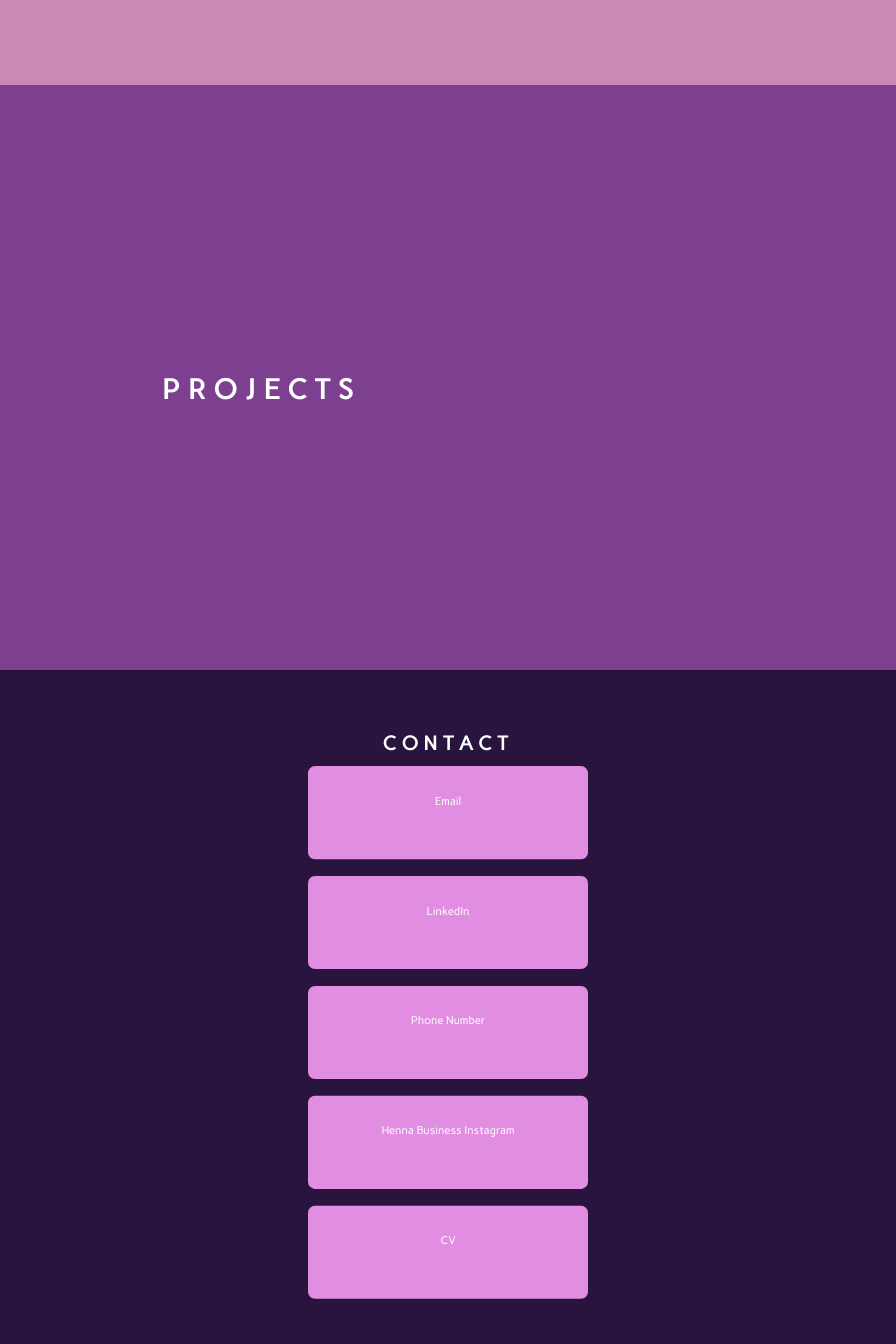
Repository: Rameen-A/Rameen-A
Page: index.html
The author's editor kept a copy of each file at every save. The page is drawn from the files as they stood at one save, then again after the next save.
The browser window is 1280 px wide. The pictures show the part of the page from y = 1358 to 3278 px (the page is 3278 px tall before and 3198 px after), at 70% of full size.

Above is the page before, as saved 2026-05-05 15:00:02.

After the next save:
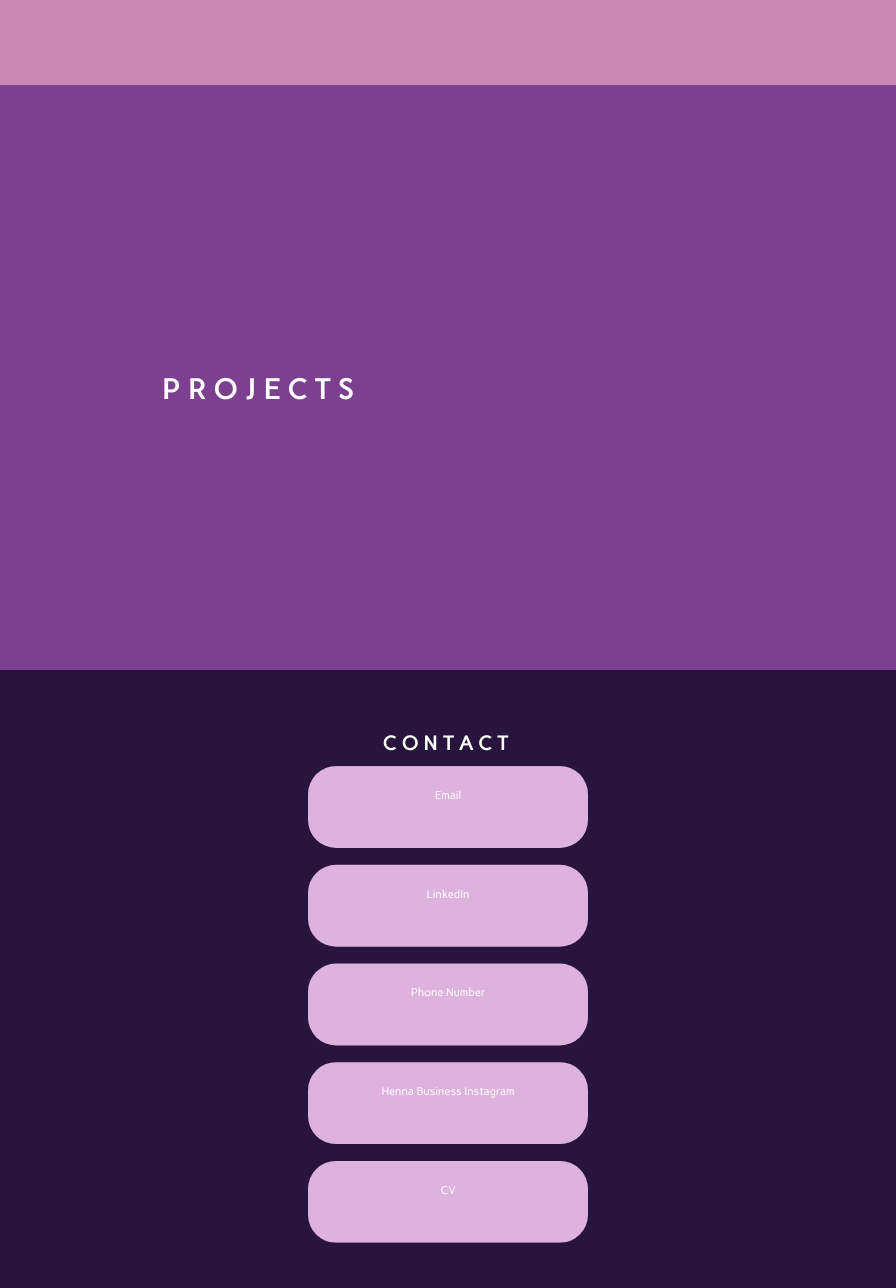
Saved 57 s later.
--- a/styles/index.css
+++ b/styles/index.css
@@ -210,6 +210,7 @@ section:hover article {
   background-color: rgb(40, 20, 60);
 }
 .contact h2 {
+  text-align: left;
   font-size: 1.75rem;
   margin-bottom: 1rem;
   letter-spacing: 0.3em;
@@ -223,9 +224,9 @@ section:hover article {
   max-width: 400px;
 }
 .contact-card {
-  background-color: #e18de1;
-  padding: 1.5rem;
-  border-radius: 10px;
+  background-color: #deb2de;
+  padding: 1rem;
+  border-radius: 40px;
   text-align: center;
 
   position: relative;
